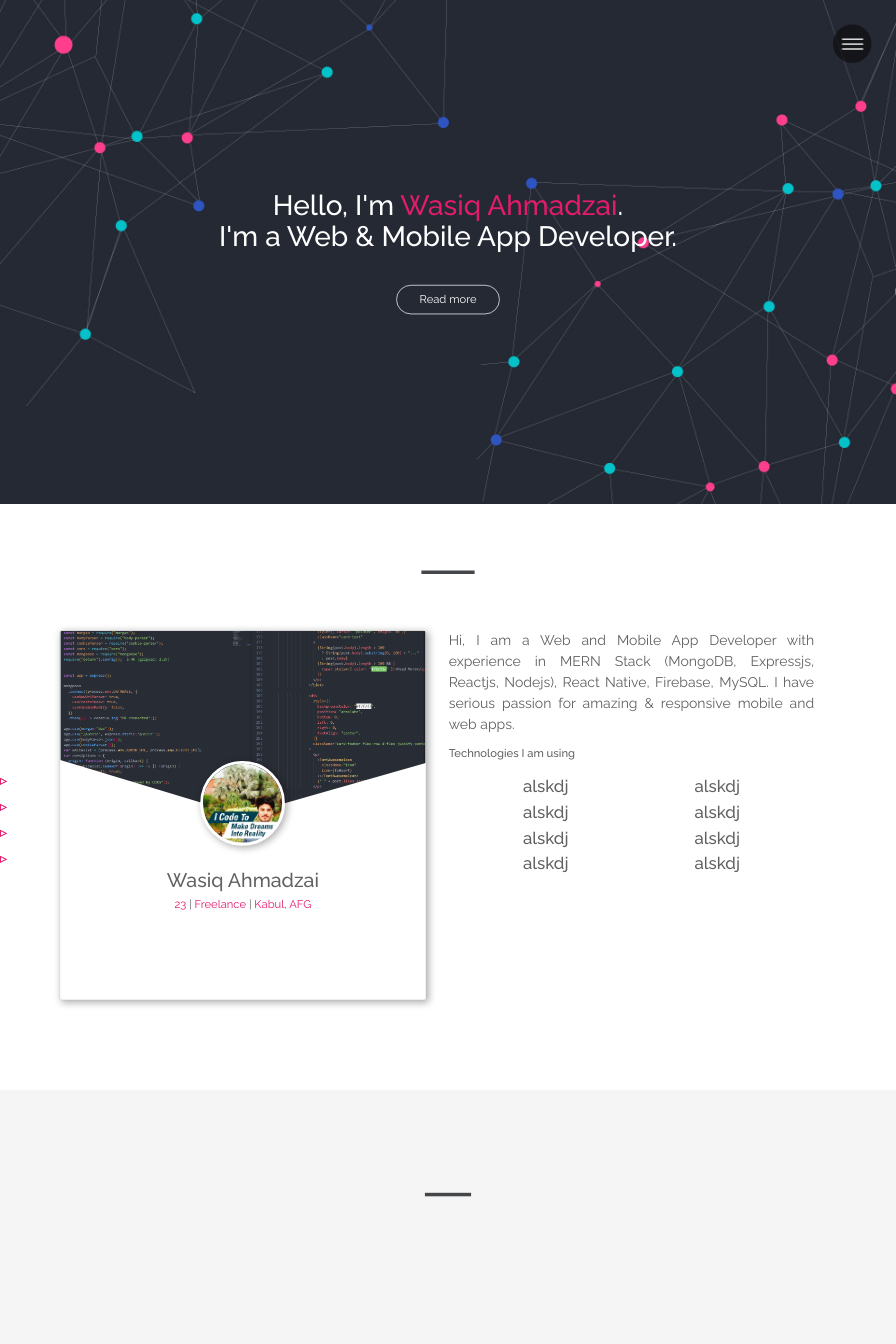
Repository: wasiqkhan/wasiqkhan.github.io
Page: index.html
The author's editor kept a copy of each file at every save. The page is drawn from the files as they stood at one save, then again after the next save.
The browser window is 1280 px wide. The pictures show the part of the page from y = 0 to 1920 px (the page is 5002 px tall), at 70% of full size.
Some web fonts or font styles are not loaded; a fallback is used.

Above is the page before, as saved 2020-11-06 17:45:17.
Not found: js/all.js
Not found: js/app.js
Not found: js/particles.js

After the next save:
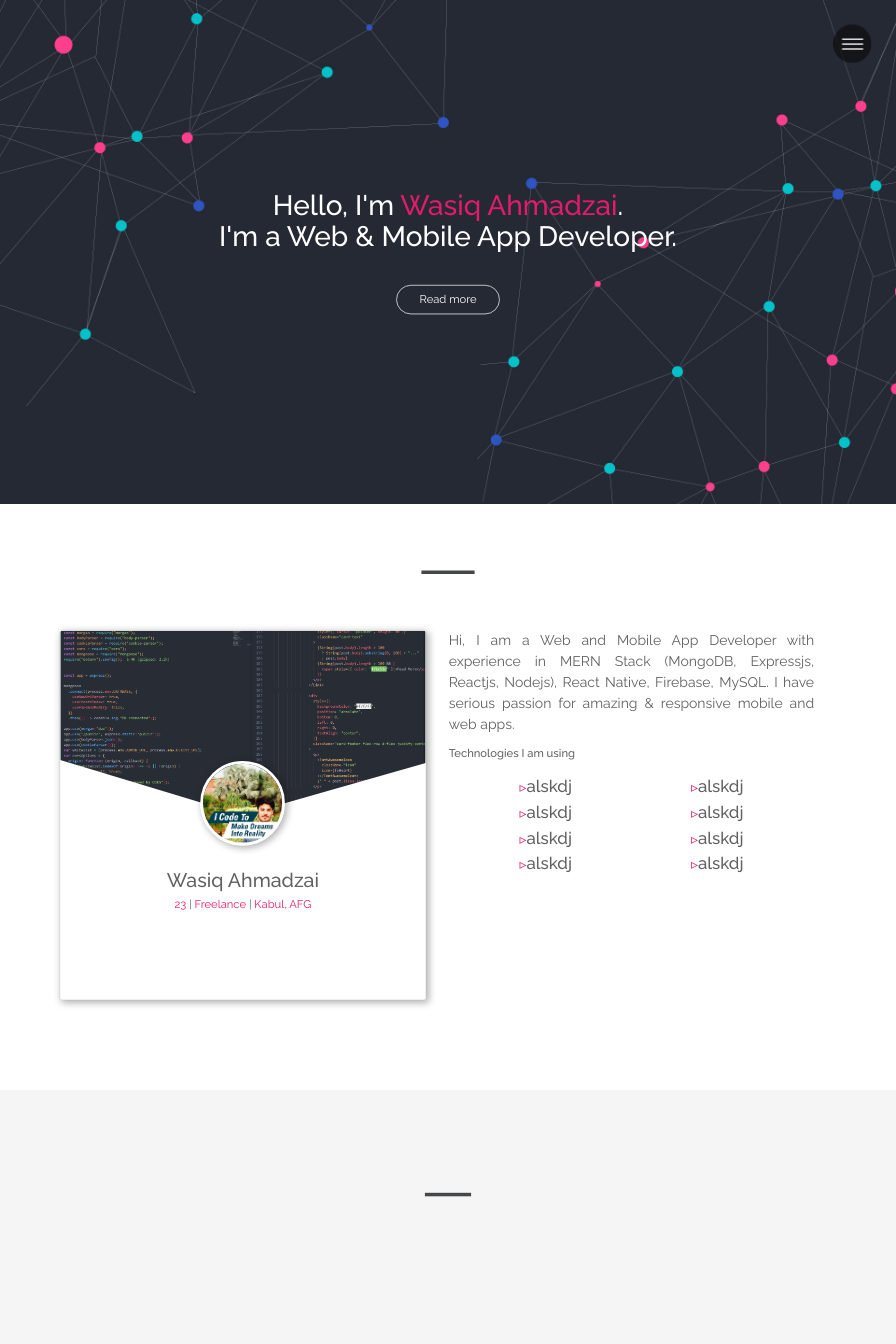
Saved 5 s later.
--- a/css/style.css
+++ b/css/style.css
@@ -475,8 +475,8 @@ a {
 }
 .skill-group h4::before {
   content: "▹";
-  position: absolute;
-  left: 0px;
+  /* position: absolute;
+  left: 0px; */
   color: #e31b6d;
 
   font-size: 20px;
